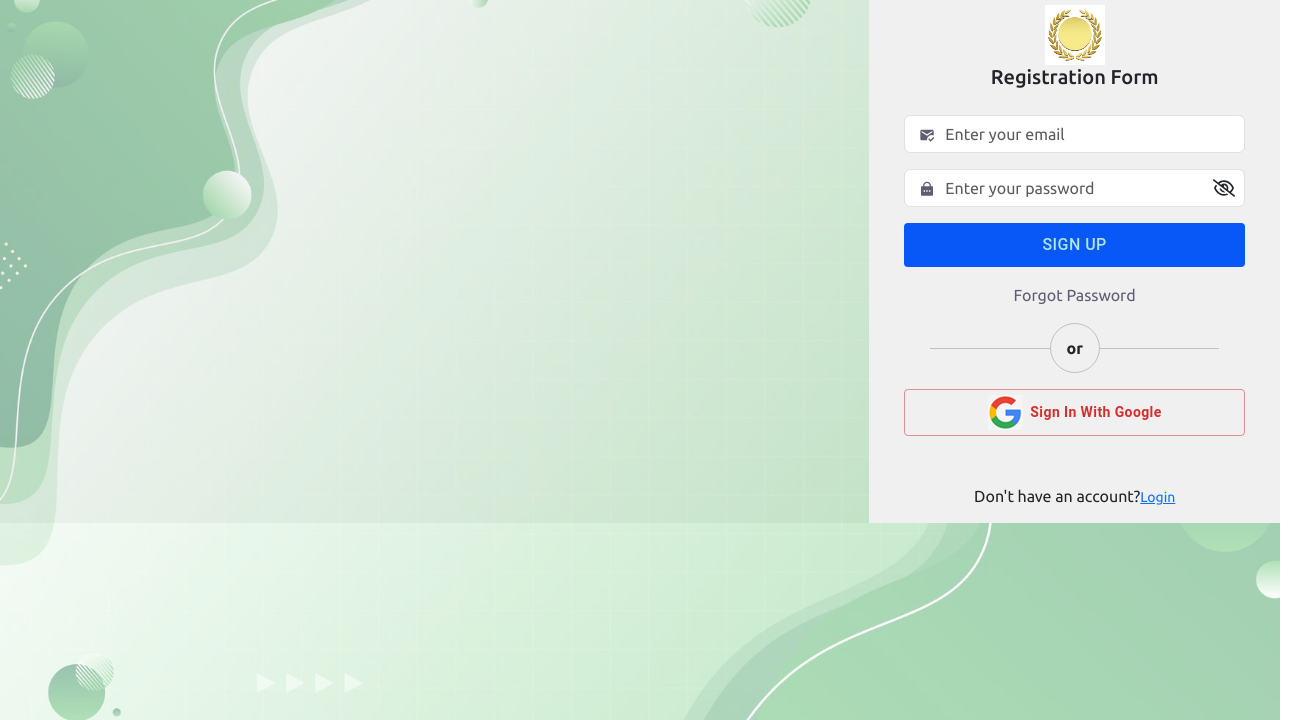
Repository: gautamsonam011/admin-react-dashboard
Page: /signup
An editor plug-in stored every save of this project. The page is shown before and after the next save, followed by the edit.
The browser window is 1280 px wide. The page is 1292 px wide, so the pictures cover 1292 px, including what lies to the right of the window. The pictures show the whole page.
The project was rebuilt for these pictures with package versions that can differ from the ones it lists, and the page was loaded fresh each time. Also part of the build but not shown: src/components/DashboardBox.jsx, src/pages/Dashboard/Dashboard.jsx, src/pages/Login/index.jsx.

Above is the page before, as saved 2025-04-26 21:41:44.

After the next save:
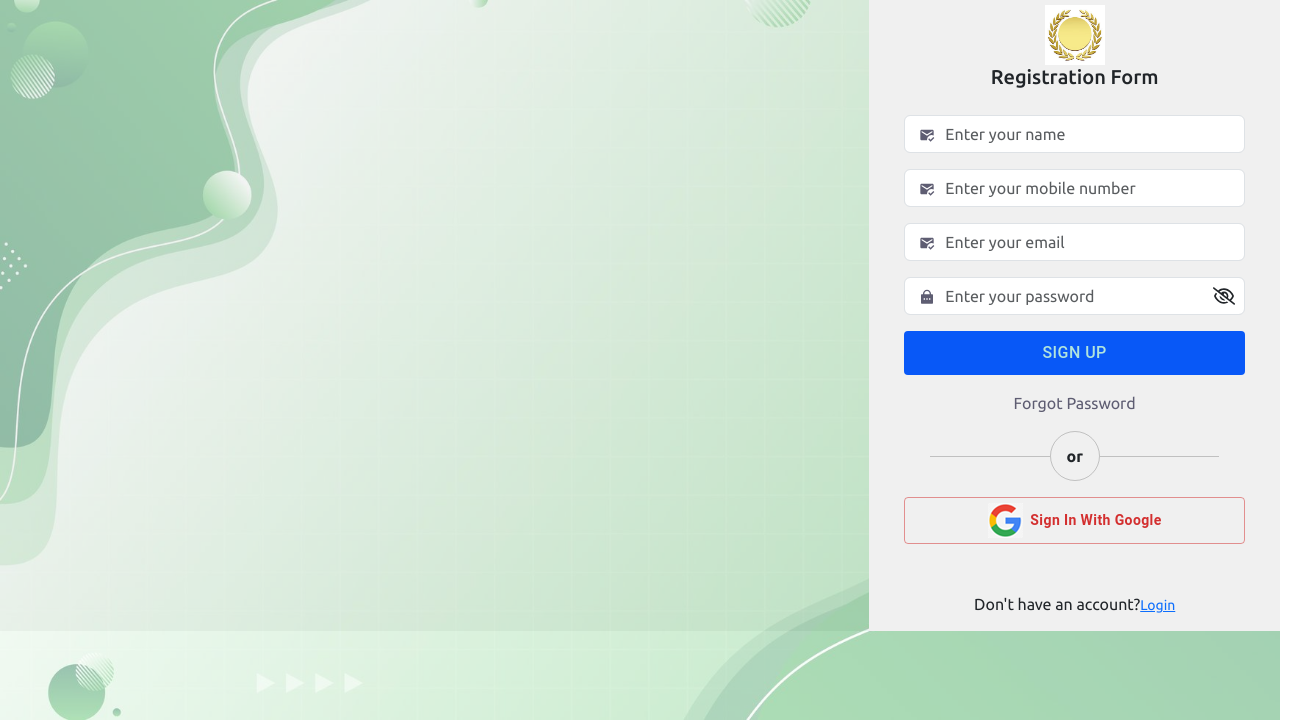
Saved 6 min 26 s later.
--- a/src/pages/SignUp/index.jsx
+++ b/src/pages/SignUp/index.jsx
@@ -40,6 +40,14 @@ const SignUp = () => {
 
                             <div className='wrapper mt-3 card border p-3'>
                                 <form>
+                                <div className={`form-group mb-3 position-relative ${inputIndex === 0 && 'focus'}`}>
+                                        <span className="icon"><MdMarkEmailRead /></span>
+                                        <input type="text" className='form-control' placeholder='Enter your name' onFocus={() => focusInput(0)} onBlur={() => setInputIndex(null)} />
+                                    </div>
+                                    <div className={`form-group mb-3 position-relative ${inputIndex === 0 && 'focus'}`}>
+                                        <span className="icon"><MdMarkEmailRead /></span>
+                                        <input type="number" className='form-control' placeholder='Enter your mobile number' onFocus={() => focusInput(0)} onBlur={() => setInputIndex(null)} />
+                                    </div>
                                     <div className={`form-group mb-3 position-relative ${inputIndex === 0 && 'focus'}`}>
                                         <span className="icon"><MdMarkEmailRead /></span>
                                         <input type="email" className='form-control' placeholder='Enter your email' onFocus={() => focusInput(0)} onBlur={() => setInputIndex(null)} />
